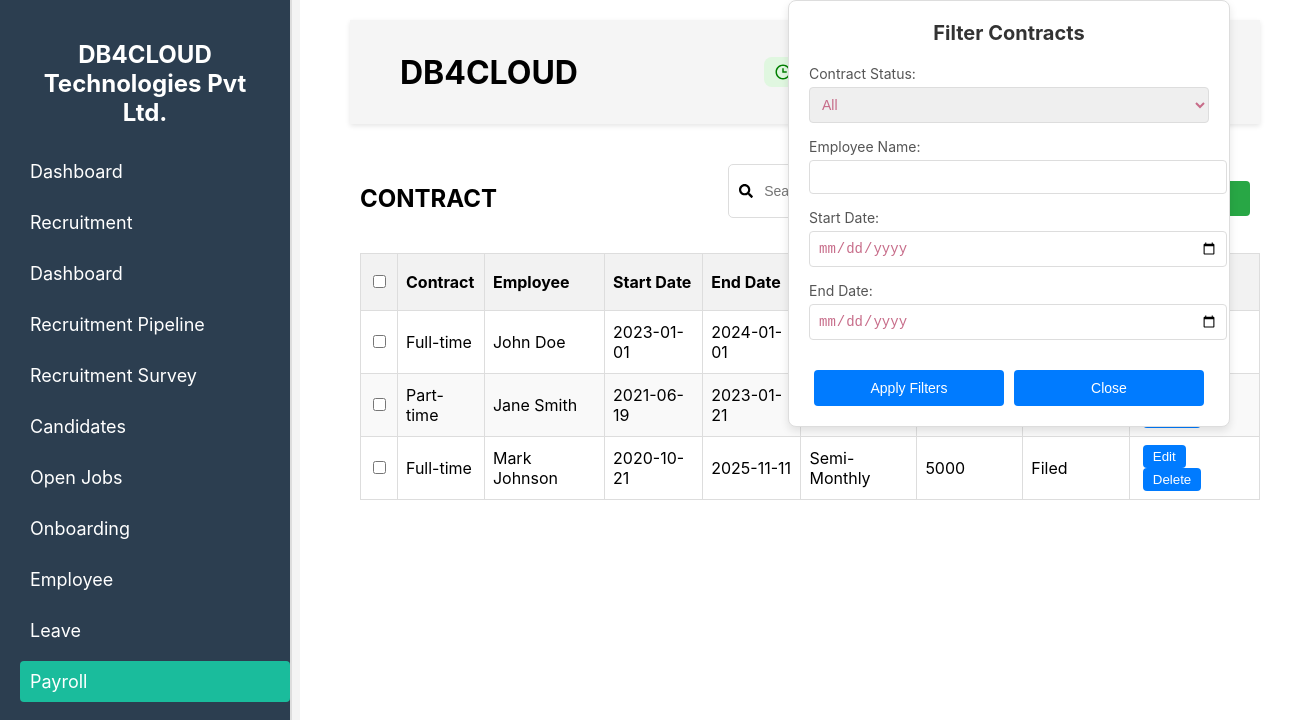
Repository: tinu-ns/Dev-code
Page: /payroll/contract (app in HRMS-DEMO-Sang/hrms/), after clicking the first element matching `svg.header-icon`
The author's editor kept a copy of each file at every save. The page is drawn from the files as they stood at one save, then again after the next save.
The browser window is 1280 px wide. The page is 1300 px wide, so the pictures cover 1300 px, including what lies to the right of the window. The pictures show the whole page.
Pictures or frames that could not be fetched are drawn as grey boxes. The project was rebuilt for these pictures with package versions that can differ from the ones it lists, and the page was loaded fresh each time. Also part of the build but not shown: HRMS-DEMO-Sang/hrms/src/components/Dashboard.js, HRMS-DEMO-Sang/hrms/src/components/Recruitment/RecruitmentDashboard.js, HRMS-DEMO-Sang/hrms/src/components/Recruitment/RecruitmentPipeline.js, HRMS-DEMO-Sang/hrms/src/components/Payroll/Allowances.js, HRMS-DEMO-Sang/hrms/src/components/Payroll/Deductions.js, HRMS-DEMO-Sang/hrms/src/components/Payroll/Payslips.js, HRMS-DEMO-Sang/hrms/src/components/Payroll/PayrollDashboard.js, HRMS-DEMO-Sang/hrms/src/components/MainContent.css and 4 more.

Above is the page before, as saved 2024-11-11 10:49:31.

After the next save:
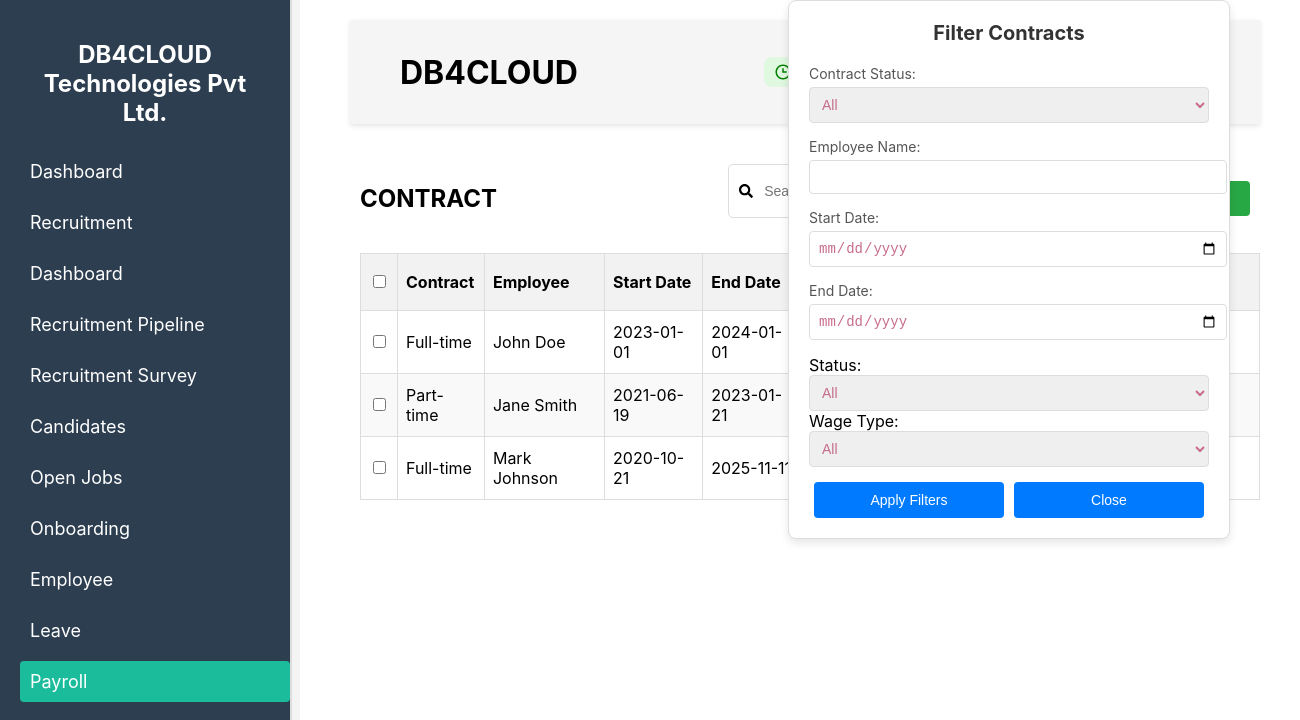
Saved 3 min 2 s later.
--- a/HRMS-DEMO-Sang/hrms/src/components/Payroll/Contract.js
+++ b/HRMS-DEMO-Sang/hrms/src/components/Payroll/Contract.js
@@ -558,6 +558,37 @@ const Contract = () => {
                   onChange={handleFilterChange}
                 />
               </div>
+
+
+                    {/* wage status */}
+                    <div className="filter-group">
+            <label>Status:</label>
+            <select
+              name="status"
+              value={filterData.status}
+              onChange={handleFilterChange}
+            >
+              <option value="">All</option>
+              <option value="Full-time">Full-time</option>
+              <option value="Part-time">Part-time</option>
+            </select>
+          </div>
+
+          <div className="filter-group">
+            <label>Wage Type:</label>
+            <select
+              name="wageType"
+              value={filterData.wageType}
+              onChange={handleFilterChange}
+            >
+              <option value="">All</option>
+              <option value="Monthly">Monthly</option>
+              <option value="Hourly">Hourly</option>
+            </select>
+          </div>
+
+
+
             </form>
             <div style={{display: "flex"}} >
             <button type="button" onClick={handleApplyFilter}>
